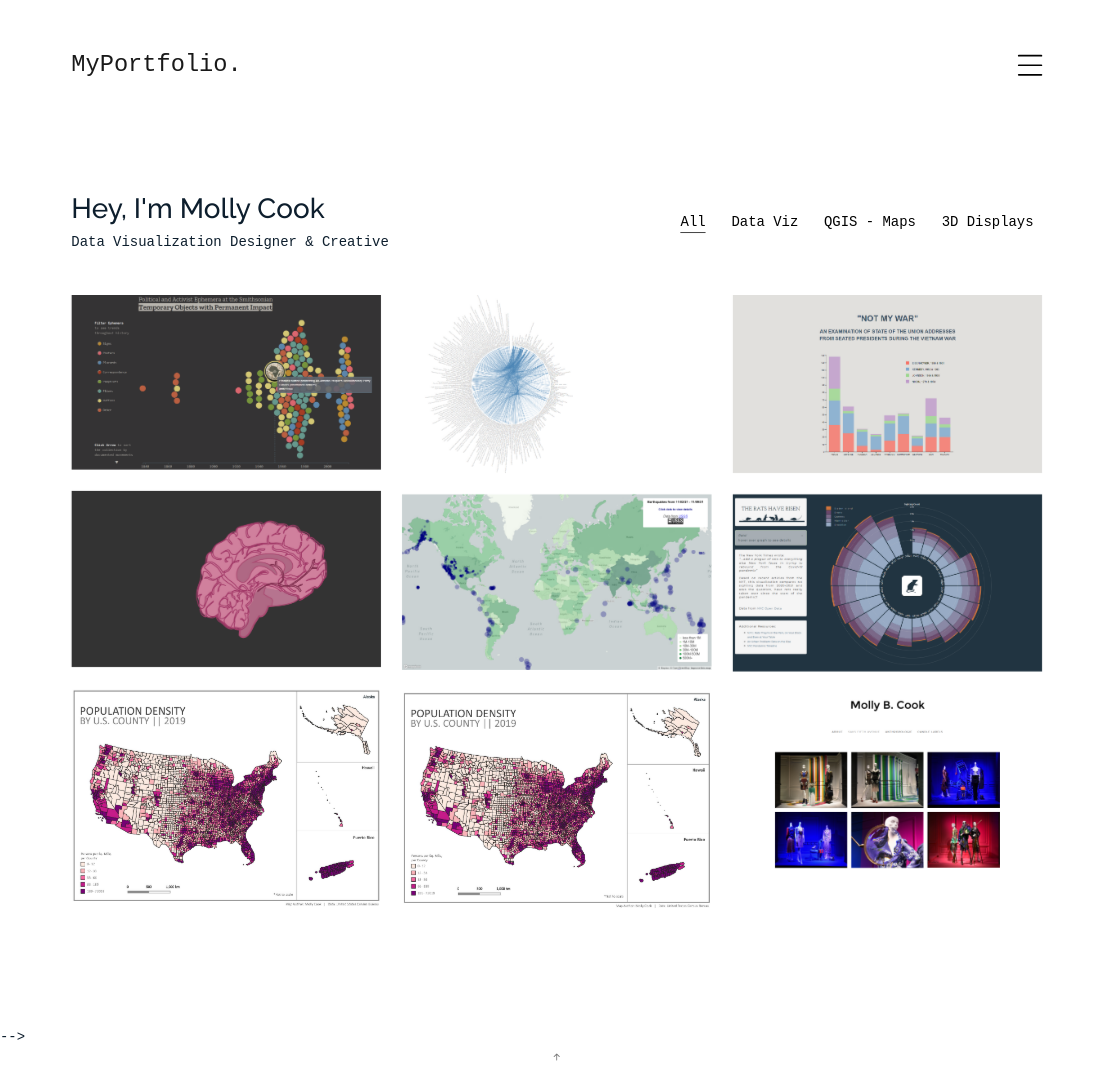
Repository: m0llyc00k/portfolio-2
Page: index.html
The author's editor kept a record of every edit. The page is drawn from the files as they stood at one moment, then again after the next edit.
The browser window is 1280 px wide. The pictures show the whole page, at 87% of full size.
Some web fonts or font styles are not loaded; a fallback is used.

Above is the page before.

### index.html
<!DOCTYPE html>
<html lang="en">

<head>
  <meta charset="utf-8">
  <meta content="width=device-width, initial-scale=1.0" name="viewport">

  <title>Molly Cook's Portfolio</title>
  <meta content="" name="description">
  <meta content="" name="keywords">

  <!-- Favicons -->
  <link href="assets/img/favicon.png" rel="icon">
  <link href="assets/img/apple-touch-icon.png" rel="apple-touch-icon">

  <!-- Google Fonts -->
  <link href="https://fonts.googleapis.com/css?family=https://fonts.googleapis.com/css?family=Inconsolata:400,500,600,700|Raleway:400,400i,500,500i,600,600i,700,700i" rel="stylesheet">

  <!-- Vendor CSS Files -->
  <link href="assets/vendor/aos/aos.css" rel="stylesheet">
  <link href="assets/vendor/bootstrap/css/bootstrap.min.css" rel="stylesheet">
  <link href="assets/vendor/bootstrap-icons/bootstrap-icons.css" rel="stylesheet">
  <link href="assets/vendor/swiper/swiper-bundle.min.css" rel="stylesheet">

  <!-- Template Main CSS File -->
  <link href="assets/css/style.css" rel="stylesheet">

  <!-- =======================================================
  * Template Name: MyPortfolio - v4.7.0
  * Template URL: https://bootstrapmade.com/myportfolio-bootstrap-portfolio-website-template/
  * Author: BootstrapMade.com
  * License: https://bootstrapmade.com/license/
  ======================================================== -->
</head>

<body>

  <!-- ======= Navbar ======= -->
  <div class="collapse navbar-collapse custom-navmenu" id="main-navbar">
    <div class="container py-2 py-md-5">
      <div class="row align-items-start">
        <div class="col-md-2">
          <ul class="custom-menu">

            <!--<li><a href="contact.html">Contact</a></li>-->
            <li><h3>About Me:</h3></li>

          </ul>
        </div>
        <div class="col-md-6 d-none d-md-block  mr-auto">
          <div class="tweet d-flex">
            <!--<span class="bi bi-twitter text-white mt-2 mr-3"></span>-->
            <div>
              <p><em>Molly Cook is a data visualization designer living in Queens, New York. She is currently enrolled in the Masters of Science, Data Visualization program and is set to graduate in May, 2022. </em></p>
            </div>
          </div>
        </div>
        <div class="col-md-4 d-none d-md-block">
          <h3>My Skillset</h3>
          <p>HTML, CSS, and Javascript. Molly is also proficient in Adobe Creative Suite and relies on her drafting and prototyping skills heavily in her design process. <br><b>Contact:</b> <br><b>Mollyc628@gmail.com</b></p>
        </div>
      </div>

    </div>
  </div>

  <nav class="navbar navbar-light custom-navbar">
    <div class="container">
      <a class="navbar-brand" href="index.html">MyPortfolio.</a>
      <a href="#" class="burger" data-bs-toggle="collapse" data-bs-target="#main-navbar">
        <span></span>
      </a>
    </div>
  </nav>

  <main id="main">

    <!-- ======= Works Section ======= -->
    <section class="section site-portfolio">
      <div class="container">
        <div class="row mb-5 align-items-center">
          <div class="col-md-12 col-lg-6 mb-4 mb-lg-0" data-aos="fade-up">
            <h2>Hey, I'm Molly Cook</h2>
            <p class="mb-0">Data Visualization Designer &amp; Creative</p>
          </div>
          <div class="col-md-12 col-lg-6 text-start text-lg-end" data-aos="fade-up" data-aos-delay="100">
            <div id="filters" class="filters">
              <a href="#" data-filter="*" class="active">All</a>
              <a href="#" data-filter=".data-viz">Data Viz</a>
              <a href="#" data-filter=".maps">QGIS - Maps</a>
              <!--<a href="#" data-filter=".branding">Branding</a>-->
              <a href="#" data-filter=".displays">3D Displays</a>
            </div>
          </div>
        </div>

        <div id="portfolio-grid" class="row no-gutter" data-aos="fade-up" data-aos-delay="200">
          <div class="item data-viz col-sm-6 col-md-4 col-lg-4 mb-4">
            <a href="work-single-bubble.html" class="item-wrap fancybox">
              <div class="work-info">
                <h3>Temporary Objects with Permanent Impact: Ephemera at the Smithsonian</h3>
                <span>Data Viz</span>
              </div>
              <img class="img-fluid" src="assets/img/bubble-overview.png">
            </a>
          </div>
          <div class="item data-viz col-sm-6 col-md-4 col-lg-4 mb-4">
            <a href="work-single-chord.html" class="item-wrap fancybox">
              <div class="work-info">
                <h3>Titles and Topics: Ephemera at the Smithsonian</h3>
                <span>Data Viz</span>
              </div>
              <img class="img-fluid" src="assets/img/chord-overview.png">
            </a>
          </div>
          <div class="item data-viz col-sm-6 col-md-4 col-lg-4 mb-4">
            <a href="work-single-war.html" class="item-wrap fancybox">
              <div class="work-info">
                <h3>"Not My War"</h3>
                <span>Data Viz</span>
              </div>
              <img class="img-fluid" src="assets/img/war-overview.png">
            </a>
          </div>


          <div class="item data-viz col-sm-6 col-md-4 col-lg-4 mb-4">
            <a href="work-single-thesis.html" class="item-wrap fancybox">
              <div class="work-info">
                <h3>Thesis - Pain & The Morphine Molecule</h3>
                <span>Under Construction</span>
              </div>
              <img class="img-fluid" src="assets/img/brain.png">
            </a>
          </div>
          <div class="item data-viz col-sm-6 col-md-4 col-lg-4 mb-4">
            <a href="work-single-rats.html" class="item-wrap fancybox">
              <div class="work-info">
                <h3>The Rats Have Risen</h3>
                <span>Data Viz</span>
              </div>
              <img class="img-fluid" src="assets/img/rats-overview.png">
            </a>
          </div>
          <div class="item data-viz col-sm-6 col-md-4 col-lg-4 mb-4">
            <a href="work-single-quake.html" class="item-wrap fancybox">
              <div class="work-info">
                <h3>Earthquakes, November 2021</h3>
                <span>Data Viz</span>
              </div>
              <img class="img-fluid" src="assets/img/earthquake-overview.png">
            </a>
          </div>

          <div class="item maps col-sm-6 col-md-4 col-lg-4 mb-4">
            <a href="work-single-gis.html" class="item-wrap fancybox">
              <div class="work-info">
                <h3>QGIS Works</h3>
                <span>Maps & Layouts</span>
              </div>
              <img class="img-fluid" src="assets/img/pop_by_county_2019_MollyCook.jpg">
            </a>
          </div>
          <div class="item maps col-sm-6 col-md-4 col-lg-4 mb-4">
            <a href="work-single-gis.html" class="item-wrap fancybox">
              <div class="work-info">
                <h3>Alcoholics Anonymous Map: Data Scraping</h3>
                <span>Maps & Layouts</span>
              </div>
              <img class="img-fluid" src="assets/img/pop_by_county_2019_MollyCook.jpg">
            </a>
          </div>
          <div class="item displays col-sm-6 col-md-4 col-lg-4 mb-4">
            <a href="work-single-display.html" class="item-wrap fancybox">
              <div class="work-info">
                <h3>3D Display Production</h3>
                <span>3D Displays</span>
              </div>
              <img class="img-fluid" src="assets/img/display-overview.png">
            </a>
          </div>
        </div>

      </div>

    </section><!-- End  Works Section -->


    <!-- ======= Services Section ======= -->
    <!--<section class="section services">-->
    <!--  <div class="container">-->
    <!--    <div class="row justify-content-center text-center mb-4">-->
    <!--      <div class="col-5">-->
    <!--        <h3 class="h3 heading">My Services</h3>-->
    <!--        <p>Lorem ipsum dolor sit amet consectetur adipisicing elit explicabo inventore.</p>-->
    <!--      </div>-->
    <!--    </div>-->
    <!--    <div class="row">-->

    <!--      <div class="col-12 col-sm-6 col-md-6 col-lg-3">-->
    <!--        <i class="bi bi-card-checklist"></i>-->
    <!--        <h4 class="h4 mb-2">data-viz</h4>-->
    <!--        <p>Lorem ipsum dolor sit amet consectetur adipisicing elit explicabo inventore.</p>-->
    <!--        <ul class="list-unstyled list-line">-->
    <!--          <li>Lorem ipsum dolor sit amet consectetur adipisicing</li>-->
    <!--          <li>Non pariatur nisi</li>-->
    <!--          <li>Magnam soluta quod</li>-->
    <!--          <li>Lorem ipsum dolor</li>-->
    <!--          <li>Cumque quae aliquam</li>-->
    <!--        </ul>-->
    <!--      </div>-->
    <!--      <div class="col-12 col-sm-6 col-md-6 col-lg-3">-->
    <!--        <i class="bi bi-binoculars"></i>-->
    <!--        <h4 class="h4 mb-2">Mobile Applications</h4>-->
    <!--        <p>Lorem ipsum dolor sit amet consectetur adipisicing elit explicabo inventore.</p>-->
    <!--        <ul class="list-unstyled list-line">-->
    <!--          <li>Lorem ipsum dolor sit amet consectetur adipisicing</li>-->
    <!--          <li>Non pariatur nisi</li>-->
    <!--          <li>Magnam soluta quod</li>-->
    <!--          <li>Lorem ipsum dolor</li>-->
    <!--          <li>Cumque quae aliquam</li>-->
    <!--        </ul>-->
    <!--      </div>-->
    <!--      <div class="col-12 col-sm-6 col-md-6 col-lg-3">-->
    <!--        <i class="bi bi-brightness-high"></i>-->
    <!--        <h4 class="h4 mb-2">Graphic Design</h4>-->
    <!--        <p>Lorem ipsum dolor sit amet consectetur adipisicing elit explicabo inventore.</p>-->
    <!--        <ul class="list-unstyled list-line">-->
    <!--          <li>Lorem ipsum dolor sit amet consectetur adipisicing</li>-->
    <!--          <li>Non pariatur nisi</li>-->
    <!--          <li>Magnam soluta quod</li>-->
    <!--          <li>Lorem ipsum dolor</li>-->
    <!--          <li>Cumque quae aliquam</li>-->
    <!--        </ul>-->
    <!--      </div>-->
    <!--      <div class="col-12 col-sm-6 col-md-6 col-lg-3">-->
    <!--        <i class="bi bi-calendar4-week"></i>-->
    <!--        <h4 class="h4 mb-2">SEO</h4>-->
    <!--        <p>Lorem ipsum dolor sit amet consectetur adipisicing elit explicabo inventore.</p>-->
    <!--        <ul class="list-unstyled list-line">-->
    <!--          <li>Lorem ipsum dolor sit amet consectetur adipisicing</li>-->
    <!--          <li>Non pariatur nisi</li>-->
    <!--          <li>Magnam soluta quod</li>-->
    <!--          <li>Lorem ipsum dolor</li>-->
    <!--          <li>Cumque quae aliquam</li>-->
    <!--        </ul>-->
    <!--      </div>-->
    <!--    </div>-->
    <!--  </div>-->
    <!--</section><!-- End Services Section -->-->



    <a href="#" class="back-to-top d-flex align-items-center justify-content-center"><i class="bi bi-arrow-up-short"></i></a>

    <!-- Vendor JS Files -->
    <script src="assets/vendor/aos/aos.js"></script>
    <script src="assets/vendor/bootstrap/js/bootstrap.bundle.min.js"></script>
    <script src="assets/vendor/isotope-layout/isotope.pkgd.min.js"></script>
    <script src="assets/vendor/swiper/swiper-bundle.min.js"></script>
    <script src="assets/vendor/php-email-form/validate.js"></script>

    <!-- Template Main JS File -->
    <script src="assets/js/main.js"></script>

</body>

</html>

### assets/css/style.css
/**
* Template Name: MyPortfolio - v4.7.0
* Template URL: https://bootstrapmade.com/myportfolio-bootstrap-portfolio-website-template/
* Author: BootstrapMade.com
* License: https://bootstrapmade.com/license/
*/

/*--------------------------------------------------------------
# General
--------------------------------------------------------------*/
body {
  font-family: "Inconsolata", monospace;
  color: #0d1e2d;
}

a {
  color: #777;
  text-decoration: none;
}

a:hover {
  color: #000;
}

h1, h2, h3, h4, h5, h6, .font-heading {
  font-family: "Raleway", sans-serif;
}

.section {
  padding: 7rem 0;
}

.filters a {
  text-decoration: none;
  color: #000;
  display: inline-block;
  padding-left: 10px;
  padding-right: 10px;
  position: relative;
}
.filters a:hover, .filters a:focus, .filters a:active {
  text-decoration: none;
}
.filters a:hover:before {
  content: "";
  position: absolute;
  left: 10px;
  right: 10px;
  bottom: 0;
  height: 1px;
  background-color: #000;
}
.filters a.active {
  color: #000;
}
.filters a.active:before {
  content: "";
  position: absolute;
  left: 10px;
  right: 10px;
  bottom: 0;
  height: 1px;
  background-color: #000;
}

.item {
  border: none;
  margin-bottom: 30px;
}
.item .item-wrap {
  display: block;
  position: relative;
  overflow: hidden;
}
.item .item-wrap:after {
  z-index: 2;
  position: absolute;
  content: "";
  top: 0;
  left: 0;
  right: 0;
  bottom: 0;
  background: rgba(0, 0, 0, 0.4);
  visibility: hidden;
  opacity: 0;
  transition: 0.3s all ease-in-out;
}
.item .item-wrap img {
  transition: 0.3s transform ease;
  transform: scale(1);
}
.item .item-wrap > .work-info {
  position: absolute;
  top: 50%;
  width: 100%;
  text-align: center;
  z-index: 3;
  transform: translateY(-50%);
  color: #fff;
  opacity: 0;
  visibility: hidden;
  margin-top: 20px;
  transition: 0.3s all ease;
}
.item .item-wrap > .work-info h3 {
  font-size: 20px;
  margin-bottom: 0;
}
.item .item-wrap > .work-info span {
  font-size: 14px;
  text-transform: uppercase;
  letter-spacing: 0.2rem;
}
.item .item-wrap:hover {
  text-decoration: none;
}
.item .item-wrap:hover img {
  transform: scale(1.05);
}
.item .item-wrap:hover:after {
  opacity: 1;
  visibility: visible;
}
.item .item-wrap:hover .work-info {
  margin-top: 0px;
  opacity: 1;
  visibility: visible;
}

.testimonial-wrap {
  padding: 50px 50px 80px 50px;
  background: #eceff2;
}
.testimonial-wrap .testimonial {
  text-align: center;
  max-width: 500px;
  margin: 0 auto;
}
.testimonial-wrap .testimonial img {
  border-radius: 50%;
  width: 120px;
  margin: 0 auto 30px auto;
}
.testimonial-wrap .testimonial blockquote p {
  font-size: 20px;
}

.h3 {
  font-size: 20px;
}

.h4 {
  font-size: 16px;
}

.heading {
  font-size: 28px;
}

.readmore {
  display: inline-block;
  border: 1px solid #000;
  padding: 10px 15px;
  font-size: 12px;
  text-transform: uppercase;
  color: #000;
  transition: 0.2s all ease;
  font-weight: 700;
}
.readmore:active, .readmore:focus, .readmore:hover {
  outline: none;
}
.readmore:hover {
  color: #fff;
  text-decoration: none;
  background: #000;
}

.testimonials-slider .swiper-pagination {
  margin-top: -60px;
  position: relative;
}
.testimonials-slider .swiper-pagination .swiper-pagination-bullet {
  width: 12px;
  height: 12px;
  background-color: rgba(13, 30, 45, 0.3);
  opacity: 1;
}
.testimonials-slider .swiper-pagination .swiper-pagination-bullet-active {
  background-color: rgba(13, 30, 45, 0.6);
}

.sticky-content {
  position: sticky;
  position: -webkit-sticky;
  top: 0;
  /* required */
}

.list-line li {
  margin-bottom: 10px;
  position: relative;
  padding-left: 30px;
}
.list-line li:before {
  content: "";
  position: absolute;
  left: 0;
  top: 0.7rem;
  width: 10px;
  height: 2px;
  background: #000;
}

.form-control {
  border-radius: 0;
  background: #f8f9fa;
  border: 1px solid transparent;
  padding-top: 10px !important;
  padding-bottom: 10px !important;
}
.form-control:active, .form-control:focus {
  background: #eff1f4;
  outline: none;
  box-shadow: none;
  border: 1px solid transparent;
}

.custom-progress {
  height: 7px;
  border-radius: 0;
}
.custom-progress .progress-bar {
  background: #000;
}

/* Services */
.services i {
  font-size: 40px;
}
.services h4 {
  padding-top: 10px;
}

/* Contact Form */
.php-email-form .error-message {
  display: none;
  color: #fff;
  background: #ed3c0d;
  text-align: left;
  padding: 15px;
  font-weight: 600;
}
.php-email-form .error-message br + br {
  margin-top: 25px;
}
.php-email-form .sent-message {
  display: none;
  color: #fff;
  background: #18d26e;
  text-align: center;
  padding: 15px;
  font-weight: 600;
}
.php-email-form .loading {
  display: none;
  background: #fff;
  text-align: center;
  padding: 15px;
}
.php-email-form .loading:before {
  content: "";
  display: inline-block;
  border-radius: 50%;
  width: 24px;
  height: 24px;
  margin: 0 10px -6px 0;
  border: 3px solid #18d26e;
  border-top-color: #eee;
  -webkit-animation: animate-loading 1s linear infinite;
  animation: animate-loading 1s linear infinite;
}

@-webkit-keyframes animate-loading {
  0% {
    transform: rotate(0deg);
  }
  100% {
    transform: rotate(360deg);
  }
}

@keyframes animate-loading {
  0% {
    transform: rotate(0deg);
  }
  100% {
    transform: rotate(360deg);
  }
}
/*--------------------------------------------------------------
# Header
--------------------------------------------------------------*/
/* Custom Navmenu */
.custom-navmenu {
  background: #0d1e2d;
}
.custom-navmenu .custom-menu, .custom-navmenu .custom-menu li {
  padding: 0;
  margin: 0;
  list-style: none;
}
.custom-navmenu .custom-menu li {
  margin-bottom: 0;
  font-size: 20px;
}
.custom-navmenu .custom-menu li a {
  color: #fff;
  padding: 10px 0 !important;
}
.custom-navmenu .custom-menu li a:hover {
  text-decoration: none;
}
.custom-navmenu .custom-menu li.active a {
  text-decoration: underline;
}
.custom-navmenu h3 {
  font-size: 20px;
  color: #fff;
}
.custom-navmenu p {
  color: rgba(255, 255, 255, 0.6);
}
.custom-navmenu a {
  color: rgba(255, 255, 255, 0.7);
}
.custom-navmenu a:hover {
  color: #fff;
}

/* Custom Navbar */
.custom-navbar {
  padding-top: 50px;
  width: 100%;
}
@media (max-width: 780px) {
  .custom-navbar > .container {
    padding-right: 0;
    padding-left: 0;
  }
}
.custom-navbar .navbar-brand {
  font-size: 1.7rem;
}

/* Burger */
.burger {
  width: 28px;
  height: 32px;
  cursor: pointer;
  position: relative;
}

.burger:before, .burger span, .burger:after {
  width: 100%;
  height: 2px;
  display: block;
  background: #000;
  border-radius: 2px;
  position: absolute;
  opacity: 1;
}

.burger:before, .burger:after {
  transition: top 0.35s cubic-bezier(0.23, 1, 0.32, 1), transform 0.35s cubic-bezier(0.23, 1, 0.32, 1), opacity 0.35s cubic-bezier(0.23, 1, 0.32, 1), background-color 1.15s cubic-bezier(0.86, 0, 0.07, 1);
  -webkit-transition: top 0.35s cubic-bezier(0.23, 1, 0.32, 1), -webkit-transform 0.35s cubic-bezier(0.23, 1, 0.32, 1), opacity 0.35s cubic-bezier(0.23, 1, 0.32, 1), background-color 1.15s cubic-bezier(0.86, 0, 0.07, 1);
  content: "";
}

.burger:before {
  top: 4px;
}

.burger span {
  top: 15px;
}

.burger:after {
  top: 26px;
}

/* Hover */
.burger:hover:before {
  top: 7px;
}

.burger:hover:after {
  top: 23px;
}

/* Click */
.burger.active span {
  opacity: 0;
}

.burger.active:before, .burger.active:after {
  top: 40%;
}

.burger.active:before {
  transform: rotate(45deg);
}

.burger.active:after {
  transform: rotate(-45deg);
}

.burger:focus {
  outline: none;
}

/*--------------------------------------------------------------
# Footer
--------------------------------------------------------------*/
.footer {
  padding: 0 0 4rem 0;
}
.footer a {
  color: #000;
}

.social a {
  display: inline-block;
  width: 50px;
  height: 50px;
  border-radius: 50%;
  background: #f8f9fa;
  position: relative;
  text-align: center;
  color: #0d1e2d;
}
.social a span {
  display: inline-block;
  left: 50%;
  position: absolute;
  top: 50%;
  transform: translate(-50%, -50%);
}
.social a:hover {
  color: #000;
}

### assets/js/main.js
/**
* Template Name: MyPortfolio - v4.7.0
* Template URL: https://bootstrapmade.com/myportfolio-bootstrap-portfolio-website-template/
* Author: BootstrapMade.com
* License: https://bootstrapmade.com/license/
*/
(function() {
  "use strict";

  /**
   * Easy selector helper function
   */
  const select = (el, all = false) => {
    el = el.trim()
    if (all) {
      return [...document.querySelectorAll(el)]
    } else {
      return document.querySelector(el)
    }
  }

  /**
   * Easy event listener function
   */
  const on = (type, el, listener, all = false) => {
    let selectEl = select(el, all)
    if (selectEl) {
      if (all) {
        selectEl.forEach(e => e.addEventListener(type, listener))
      } else {
        selectEl.addEventListener(type, listener)
      }
    }
  }

  /**
   * Easy on scroll event listener
   */
  const onscroll = (el, listener) => {
    el.addEventListener('scroll', listener)
  }

  /**
   * burgerMenu
   */
  const burgerMenu = select('.burger')
  on('click', '.burger', function(e) {
    burgerMenu.classList.toggle('active');
  })

  /**
   * Porfolio isotope and filter
   */
  window.addEventListener('load', () => {
    let portfolioContainer = select('#portfolio-grid');
    if (portfolioContainer) {
      let portfolioIsotope = new Isotope(portfolioContainer, {
        itemSelector: '.item',
      });

      let portfolioFilters = select('#filters a', true);

      on('click', '#filters a', function(e) {
        e.preventDefault();
        portfolioFilters.forEach(function(el) {
          el.classList.remove('active');
        });
        this.classList.add('active');

        portfolioIsotope.arrange({
          filter: this.getAttribute('data-filter')
        });
        portfolioIsotope.on('arrangeComplete', function() {
          AOS.refresh()
        });
      }, true);
    }

  });

  /**
   * Testimonials slider
   */
  new Swiper('.testimonials-slider', {
    speed: 600,
    loop: true,
    autoplay: {
      delay: 5000,
      disableOnInteraction: false
    },
    slidesPerView: 'auto',
    pagination: {
      el: '.swiper-pagination',
      type: 'bullets',
      clickable: true
    }
  });

  /**
   * Animation on scroll
   */
  window.addEventListener('load', () => {
    AOS.init({
      duration: 1000,
      easing: 'ease-in-out',
      once: true,
      mirror: false
    })
  });

})()

Loaded but not shown: assets/vendor/aos/aos.css (library); assets/vendor/bootstrap/css/bootstrap.min.css (library); assets/vendor/bootstrap-icons/bootstrap-icons.css (library); assets/vendor/swiper/swiper-bundle.min.css (library); assets/vendor/aos/aos.js (library); assets/vendor/bootstrap/js/bootstrap.bundle.min.js (library); assets/vendor/isotope-layout/isotope.pkgd.min.js (library); assets/vendor/swiper/swiper-bundle.min.js (library); assets/vendor/php-email-form/validate.js (common file)

After the next edit:
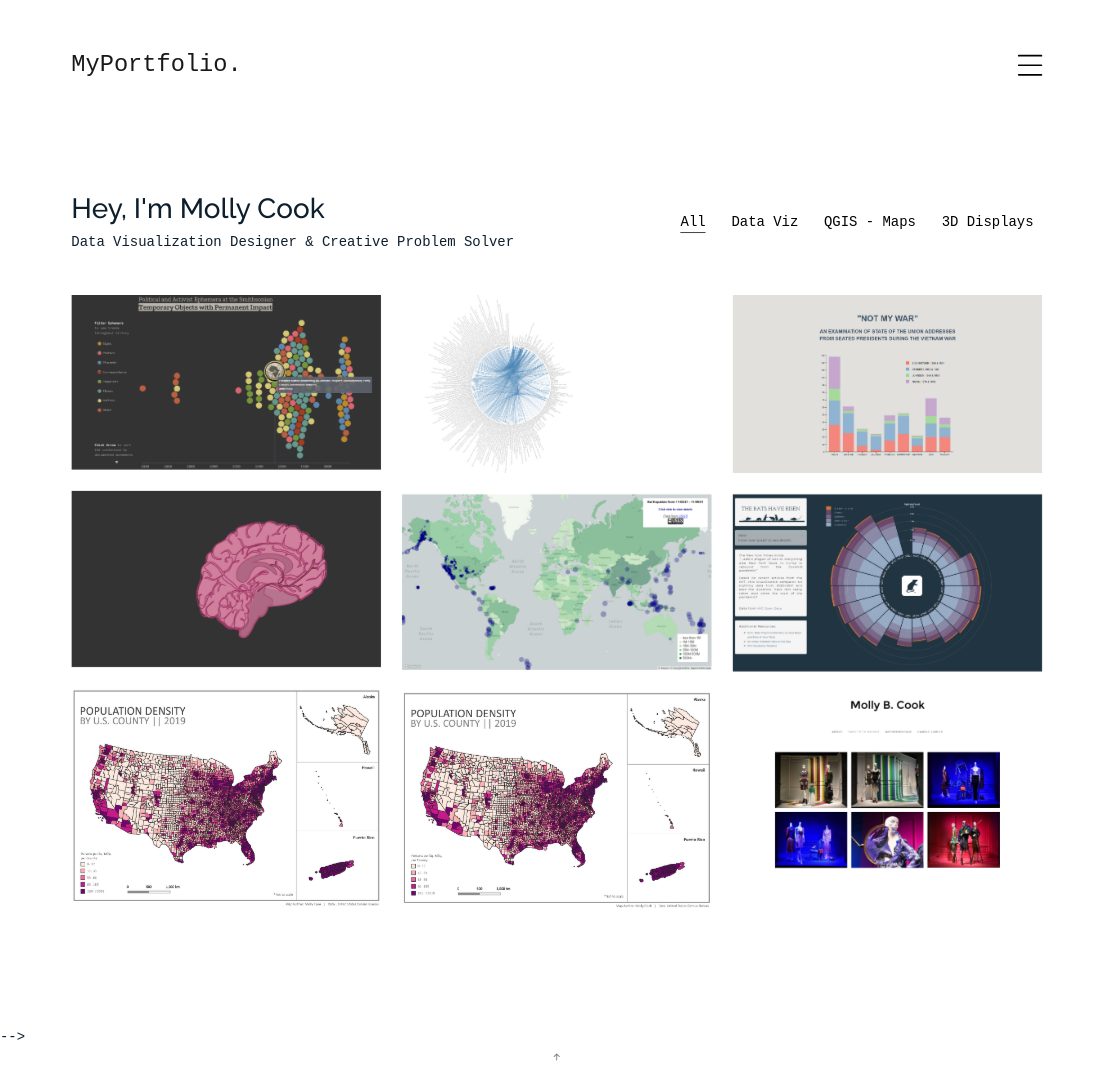
The edit:
--- a/index.html
+++ b/index.html
@@ -81,7 +81,7 @@
         <div class="row mb-5 align-items-center">
           <div class="col-md-12 col-lg-6 mb-4 mb-lg-0" data-aos="fade-up">
             <h2>Hey, I'm Molly Cook</h2>
-            <p class="mb-0">Data Visualization Designer &amp; Creative</p>
+            <p class="mb-0">Data Visualization Designer &amp; Creative Problem Solver</p>
           </div>
           <div class="col-md-12 col-lg-6 text-start text-lg-end" data-aos="fade-up" data-aos-delay="100">
             <div id="filters" class="filters">
